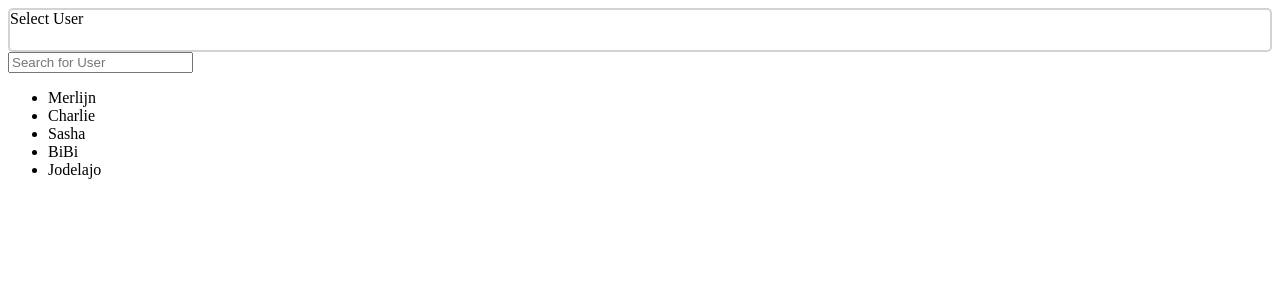
Repository: jodelajo/nuxt-filter-tutorial
Page: /
An editor plug-in stored every save of this project. The page is shown before and after the next save, followed by the edit.
The browser window is 1280 px wide. The pictures show the whole page.
The project was rebuilt for these pictures with package versions that can differ from the ones it lists, and the page was loaded fresh each time. The framework's server and built-in components were replaced by stand-ins that run in the browser. Also part of the build but not shown: nuxt.config.js, components/NuxtLogo.vue, components/Tutorial.vue.

Above is the page before, as saved 2021-12-11 12:11:26.

### pages/index.vue
<template>
  <section class="dropdown wrapper">
    <div class="selected-item">
      <span>Select User</span>
    </div>
    <div class="dropdown-popover">
      <input v-model="searchQuery" type="text" placeholder="Search for User">
      <div class="options">
        <ul>
          <li>Merlijn</li>
          <li>Charlie</li>
          <li>Sasha</li>
          <li>BiBi</li>
          <li>Jodelajo</li>
        </ul>
      </div>
    </div>
  </section>
</template>

<script>
export default {}
</script>

<style scoped>
.dropdown-wrapper {
  max-width: 350px;
  position: relative;
  margin: 0 auto;
}
.selected-item {
  height: 40px;
  border: 2px solid lightgray;
  border-radius: 5px;
}
</style>

After the next save:
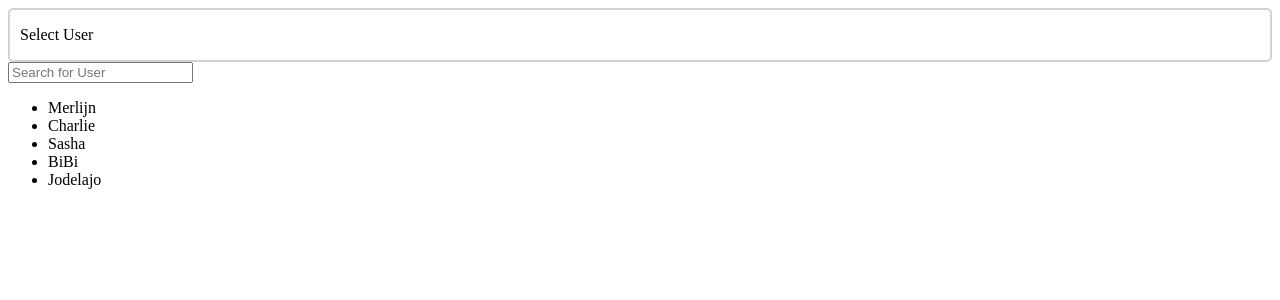
Saved 89 s later.
--- a/pages/index.vue
+++ b/pages/index.vue
@@ -32,5 +32,9 @@ export default {}
   height: 40px;
   border: 2px solid lightgray;
   border-radius: 5px;
+  padding: 5px 10px;
+  display: flex;
+  justify-content: space-between;
+  align-items: center;
 }
 </style>
